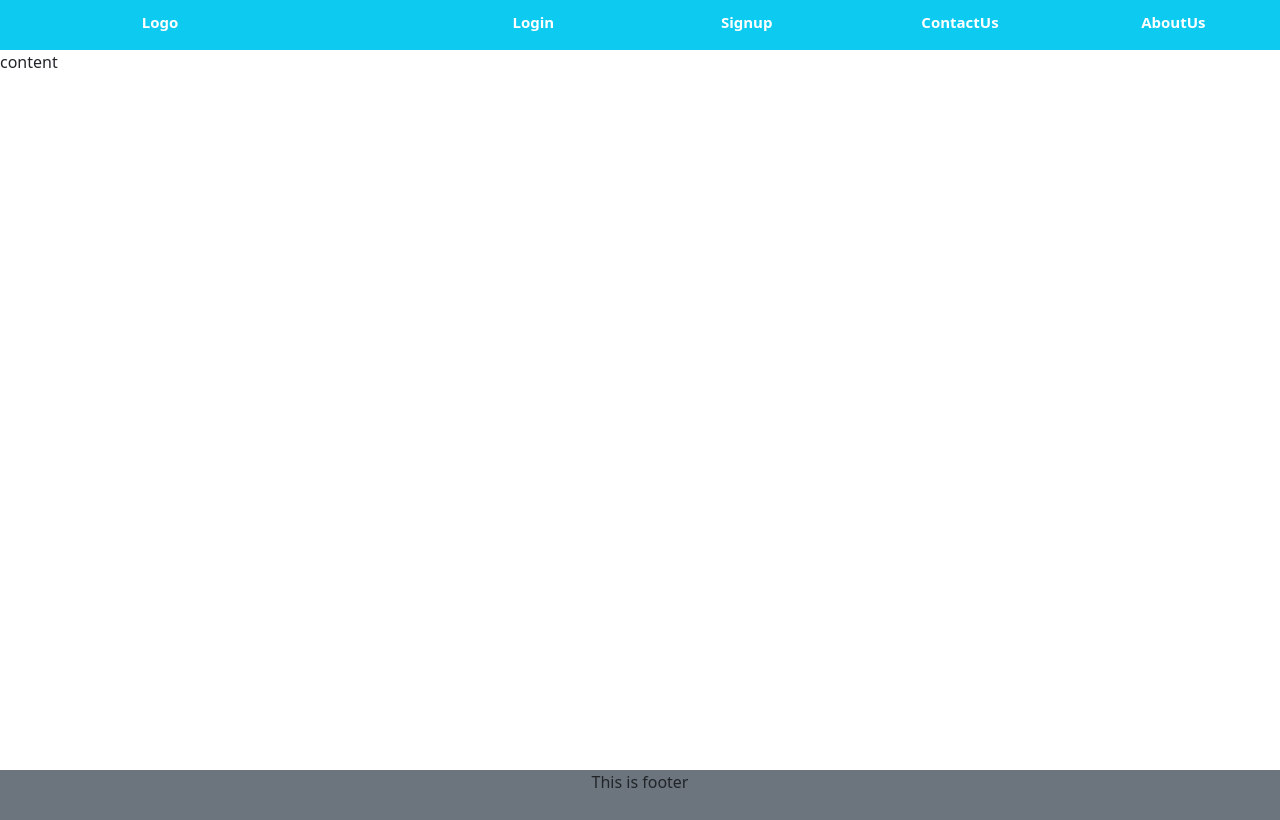
Repository: vishalsin888/J2EE-
Page: http://localhost/JSPE2E/header.jsp
The author's editor kept a copy of each file at every save. The page is drawn from the files as they stood at one save, then again after the next save.
The browser window is 1280 px wide. The pictures show the whole page.
The page is served by Tomcat 9.

Above is the page before, as saved 2022-10-28 10:36:25.

After the next save:
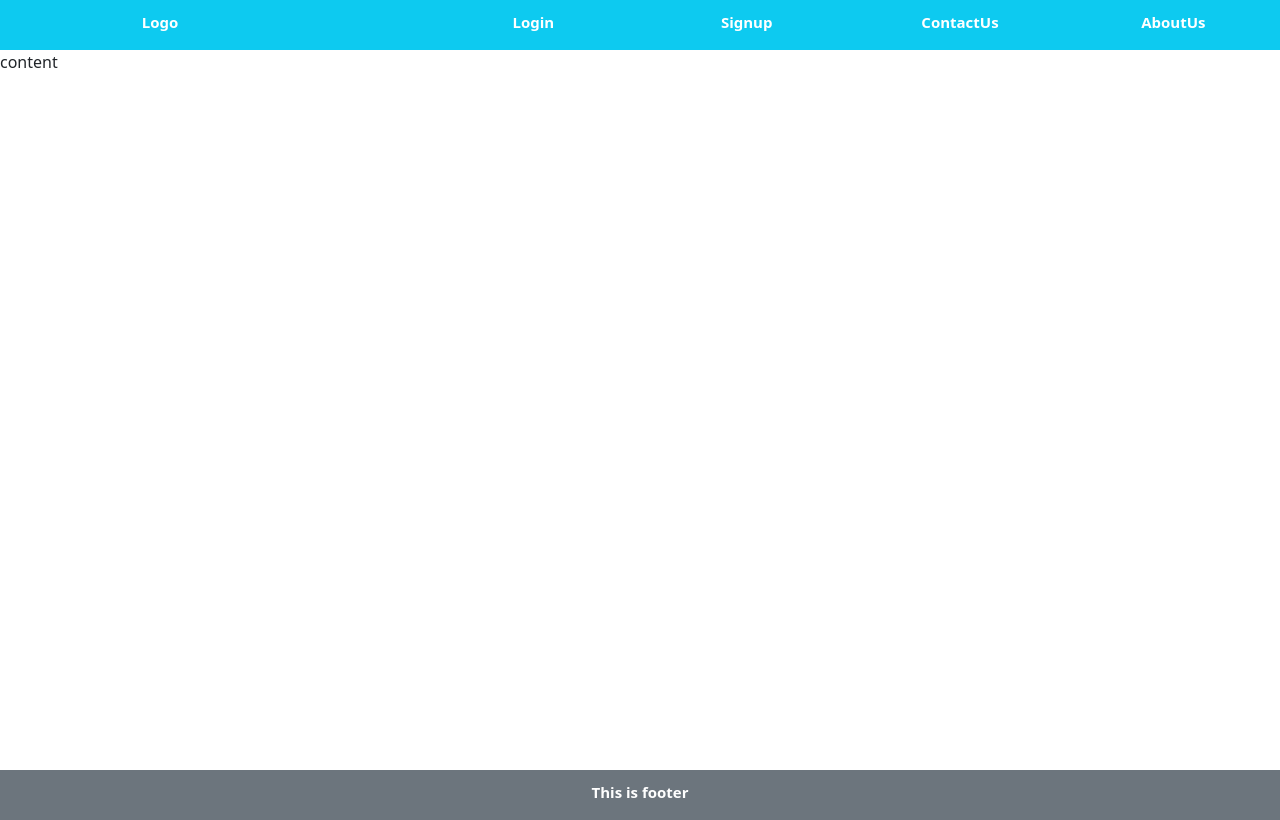
Saved 83 s later.
--- a/JSPE2E/src/main/webapp/header.jsp
+++ b/JSPE2E/src/main/webapp/header.jsp
@@ -37,7 +37,7 @@
 
     <div class="container-fluid bg-secondary">
         <div class="row" style="height:50px">
-            <div class="col-12 text-center">This is footer</div>
+            <div class="col-12 text-center my-lineheight">This is footer</div>
         </div>
     </div>
 
